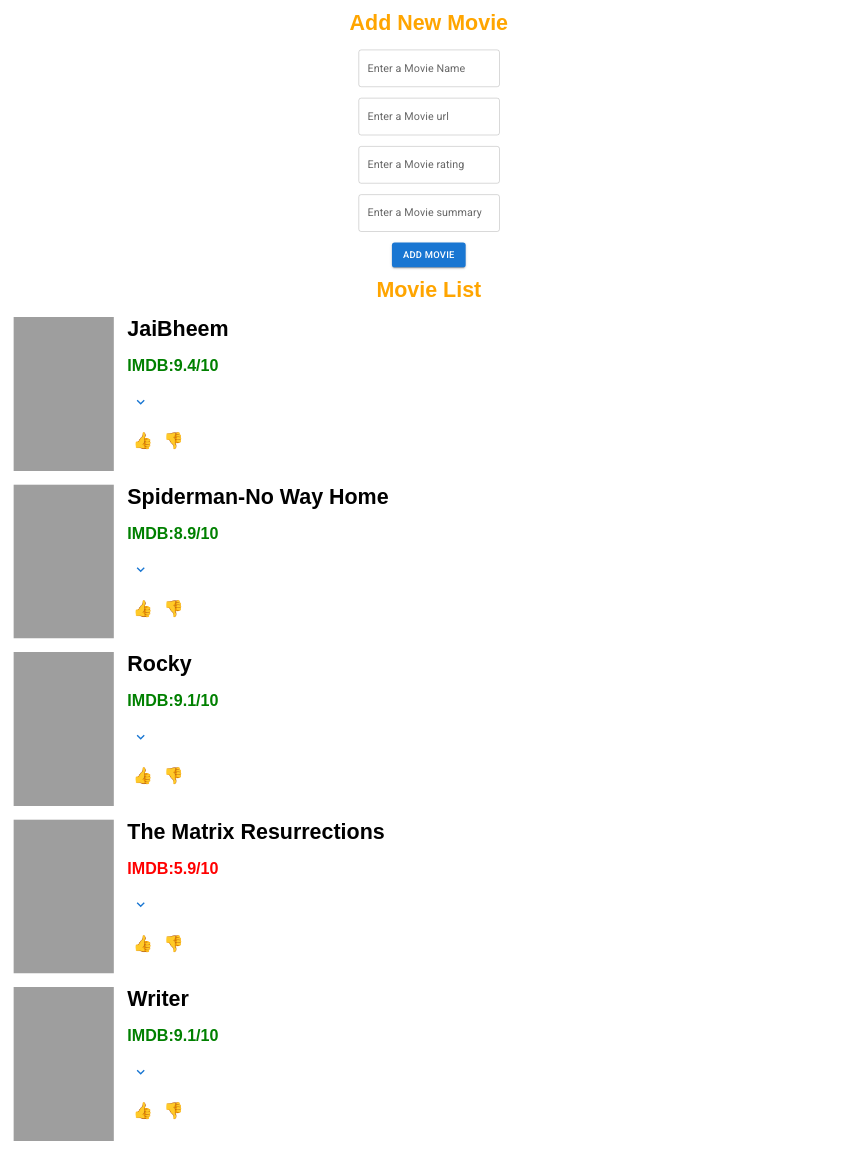
Repository: baladhinesh18/first-app
Page: /Counter
These files come from the project's save history. The page is drawn as it stood at one moment and after the next save; the edit follows.
The browser window is 1280 px wide. The pictures show the whole page, at 67% of full size.
Pictures or frames that could not be fetched are drawn as grey boxes. The project was rebuilt for these pictures with package versions that can differ from the ones it lists, and the page was loaded fresh each time. Also part of the build but not shown: src/AddColor.js.

Above is the page before, as saved 2022-01-31 18:53:47.

### public/index.html
<!DOCTYPE html>
<html lang="en">
  <head>
    <meta charset="utf-8" />
    <!-- <link rel="icon" href="%PUBLIC_URL%/favicon.ico" /> -->
    <meta name="viewport" content="width=device-width, initial-scale=1" />
    <meta name="theme-color" content="#000000" />
    <meta
      name="description"
      content="Web site created using create-react-app"
    />
    <!-- <link rel="apple-touch-icon" href="%PUBLIC_URL%/logo192.png" /> -->
    <!--
      manifest.json provides metadata used when your web app is installed on a
      user's mobile device or desktop. See https://developers.google.com/web/fundamentals/web-app-manifest/
    -->
    <!-- <link rel="manifest" href="%PUBLIC_URL%/manifest.json" /> -->
    <!--
      Notice the use of %PUBLIC_URL% in the tags above.
      It will be replaced with the URL of the `public` folder during the build.
      Only files inside the `public` folder can be referenced from the HTML.

      Unlike "/favicon.ico" or "favicon.ico", "%PUBLIC_URL%/favicon.ico" will
      work correctly both with client-side routing and a non-root public URL.
      Learn how to configure a non-root public URL by running `npm run build`.
    -->
    <link
  rel="stylesheet"
  href="https://fonts.googleapis.com/css?family=Roboto:300,400,500,700&display=swap"
/>
<link
  rel="stylesheet"
  href="https://fonts.googleapis.com/icon?family=Material+Icons"
/>
    <title>New Movies</title>
  </head>
  <body>
    <noscript>You need to enable JavaScript to run this app.</noscript>
    <div id="root"></div>
    <!--
      This HTML file is a template.
      If you open it directly in the browser, you will see an empty page.

      You can add webfonts, meta tags, or analytics to this file.
      The build step will place the bundled scripts into the <body> tag.

      To begin the development, run `npm start` or `yarn start`.
      To create a production bundle, use `npm run build` or `yarn build`.
    -->
  </body>
</html>

### src/index.js
import React from 'react';
import ReactDOM from 'react-dom';
import './index.css';
import App from './App';
import reportWebVitals from './reportWebVitals';
import {
  BrowserRouter as Router,
} from "react-router-dom";

ReactDOM.render(
  <React.StrictMode>
  <Router>
    <App />
    </Router>
  </React.StrictMode>,
  document.getElementById('root')
);

// If you want to start measuring performance in your app, pass a function
// to log results (for example: reportWebVitals(console.log))
// or send to an analytics endpoint. Learn more: https://bit.ly/CRA-vitals
reportWebVitals();

### src/App.js

import './App.css';
import {useState} from "react";
import IconButton from '@mui/material/IconButton';
import ExpandLessIcon from '@mui/icons-material/ExpandLess';
import ExpandMoreIcon from '@mui/icons-material/ExpandMore';
// import AddColor from './AddColor.js';
import { App } from './App.1';
import { Counter } from './Counter';
import {
  BrowserRouter as Router,Switch, Route
} from "react-router-dom";
import { AddColor } from './AddColor';

export function Starting({ nme, ur,rat,des }) {
const styles={color: rat>=8.5? "green":"red"};
const[isHide,setIsHide]=useState(false);

  return (

    <div>
    <div className="ro">
     <img src={ur} className="mg" alt={nme} />
      <div className="col">
      <h1> {nme}</h1>
      <h2 style={styles}>IMDB:{rat}/10</h2>
      { isHide?<h3>description:<a href={des}>{des}</a></h3>:null}
      {/* <h3>description:<a href={des}>{des}</a></h3> */}
      <div>
    <IconButton onClick={()=>setIsHide(!isHide)} color="primary"> {isHide ? <ExpandLessIcon/> : <ExpandMoreIcon/>}</IconButton>
    </div>
    <Switch>
    <Route path="/Home">
       welcome to movie app✨🎉🎉
       </Route>
       <Route path="/Counter">
       <Counter/>
       </Route>
       <Route path="/AddColor">
       <AddColor/>
       </Route>
       </Switch>
      </div>
    </div>
    </div>


  );
}


export default App;

### src/App.css
.App {
  font-family: sans-serif;
  text-align: center;
}
.mg {
  height: 230px;
  width: 150px;
  object-fit: center;
}
.ro{
display: flex;
flex-direction: row;
margin-left: 20px;
margin-bottom: 20px;
}
.col{
  display:flex;
  flex-direction: column;
  align-items: flex-start;
margin-left: 20px;
}
.lor{
color:orange;
margin-top: 1rem;
}
h1,h2,h3{
  margin-top: 0px;
  gap: 1rem;
}
button{
  margin-bottom: 1rem;
}
.vacls{
margin-top: 1rem;
margin-right: 1rem;
}
.btn{
  display: flex;
  flex-direction: column;
  justify-content: center;
  align-items: center;
 }
 .bncs{
   margin-top:5rem;
 }

### src/App.1.js
import { useState } from "react";
import Button from '@mui/material/Button';
import TextField from '@mui/material/TextField';
import { Starting } from './App';


// const[add,setAdd] =useState([]);
export function App() {
  let users = [
    {
      name: "JaiBheem",
      url: "https://encrypted-tbn3.gstatic.com/images?q=tbn:ANd9GcQm8U_-RJoMKrgvpIVLbDV8ovuHIp-p_Ls5I7WHaXJUUCbhjQVd",
      rating: "9.4",
      summary: "https://en.wikipedia.org/wiki/Jai_Bhim_(film)"
    },
    {
      name: "Spiderman-No Way Home",
      url: "https://www.thehindubusinessline.com/news/variety/4sw3ar/article37984362.ece/ALTERNATES/PORTRAIT_355/Spider-Man---No-Way-Home-Poster-Pic-Credit---Marvel",
      rating: "8.9",
      summary: "https://en.wikipedia.org/wiki/Spider-Man:_No_Way_Home"
    },
    {
      name: "Rocky",
      url: "https://static.toiimg.com/thumb/msid-88435003,width-219,height-317,imgsize-16192/88435003.jpg",
      rating: "9.1",
      summary: "https://timesofindia.indiatimes.com/entertainment/tamil/movie-reviews/rocky/movie-review/88455427.cms"
    },
    {
      name: " The Matrix Resurrections",
      url: "https://encrypted-tbn0.gstatic.com/images?q=tbn:ANd9GcQHjE4eApjpFWlpAdiC_aFG2FkfvimiGW0TK4mB-hc_T4Uitj9J",
      rating: "5.9",
      summary: "https://en.wikipedia.org/wiki/The_Matrix_Resurrections"
    },
    {
      name: "Writer",
      url: "https://static.moviecrow.com/gallery/20210414/185058-Ey6W3Z2VoAMu4P2%20(1).jpg",
      rating: "9.1",
      summary: "https://en.wikipedia.org/wiki/Writer_(film)"
    }
  ];
  const mart = { margin: '1rem 0 0 0' };
  const [name, setName] = useState("");
  const [url, setUrl] = useState("");
  const [rating, setRating] = useState("");
  const [summary, setSummary] = useState("");
  const [add, setAdd] = useState(users);
  // const[update,setUpdate] =useState([{users}]);
  console.log(add);
  const x = { name, url, rating, summary };
  return (
    <div className="App">
      <h1 className="lor">Add New Movie</h1>
      <div className="btn">
        <TextField id="outlined-basic" label="Enter a Movie Name" variant="outlined" value={name} onChange={(event) => setName(event.target.value)} />
        <TextField id="outlined-basic" label="Enter a Movie url" variant="outlined" style={mart} value={url} onChange={(event) => setUrl(event.target.value)} />
        <TextField id="outlined-basic" label="Enter a Movie rating" variant="outlined" style={mart} value={rating} onChange={(event) => setRating(event.target.value)} />
        <TextField id="outlined-basic" label="Enter a Movie summary" variant="outlined" style={mart} value={summary} onChange={(event) => setSummary(event.target.value)} />
        <Button variant="contained" style={mart} onClick={() => setAdd([...add, x])}>Add Movie</Button>
        {/* <Counter/> */}
      </div>
      <h1 className="lor">Movie List</h1>
      {add.map(({ name, url, rating, summary }) => (
        <Starting key={url} nme={name} ur={url} rat={rating} des={summary}>
        </Starting>
      ))}


    </div>
  );
}

### src/Counter.js
import { useState } from "react";
import IconButton from '@mui/material/IconButton';
import Badge from '@mui/material/Badge';


export function Counter() {
  const [like, setLike] = useState(0);
  const [dislike, setDislike] = useState(0);
  // const marr={margin:'0 1rem 0 0 ',}
  return (
    <div className="vacls">
      <IconButton onClick={() => setLike(like + 1)} color="primary"> <Badge badgeContent={like} color="primary">
        👍
      </Badge></IconButton>
      <IconButton onClick={() => setDislike(dislike + 1)} color="error"><Badge badgeContent={dislike} color="error">
        👎
      </Badge></IconButton>
      {/* <h1>{like}</h1> */}
    </div>
  );
}

Loaded but not shown: src/index.css (common file); src/reportWebVitals.js (common file)

After the next save:
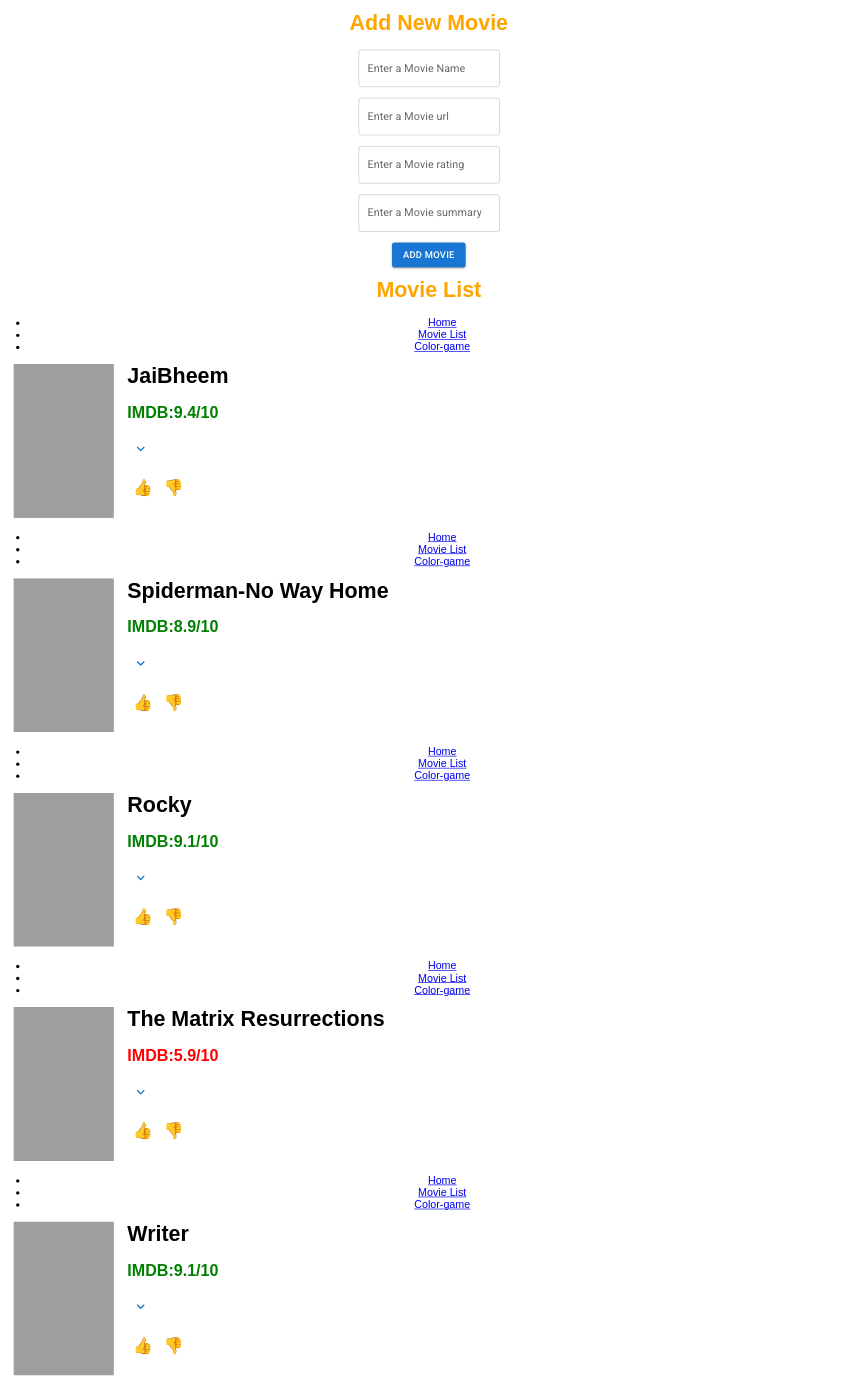
Saved 3 min 50 s later.
--- a/src/App.js
+++ b/src/App.js
@@ -19,6 +19,17 @@
   return (
 
     <div>
+     <ul>
+        <li>
+          <a href="/Home">Home</a>
+        </li>
+        <li>
+          <a href="/Counter">Movie List</a>
+        </li>
+        <li>
+          <a href="/AddColor">Color-game</a>
+        </li>
+        </ul>
     <div className="ro">
      <img src={ur} className="mg" alt={nme} />
       <div className="col">
@@ -36,7 +47,7 @@
        <Route path="/Counter">
        <Counter/>
        </Route>
-       <Route path="/AddColor">
+       <Route path="/Color-game">
        <AddColor/>
        </Route>
        </Switch>

After the 5 saves that followed:
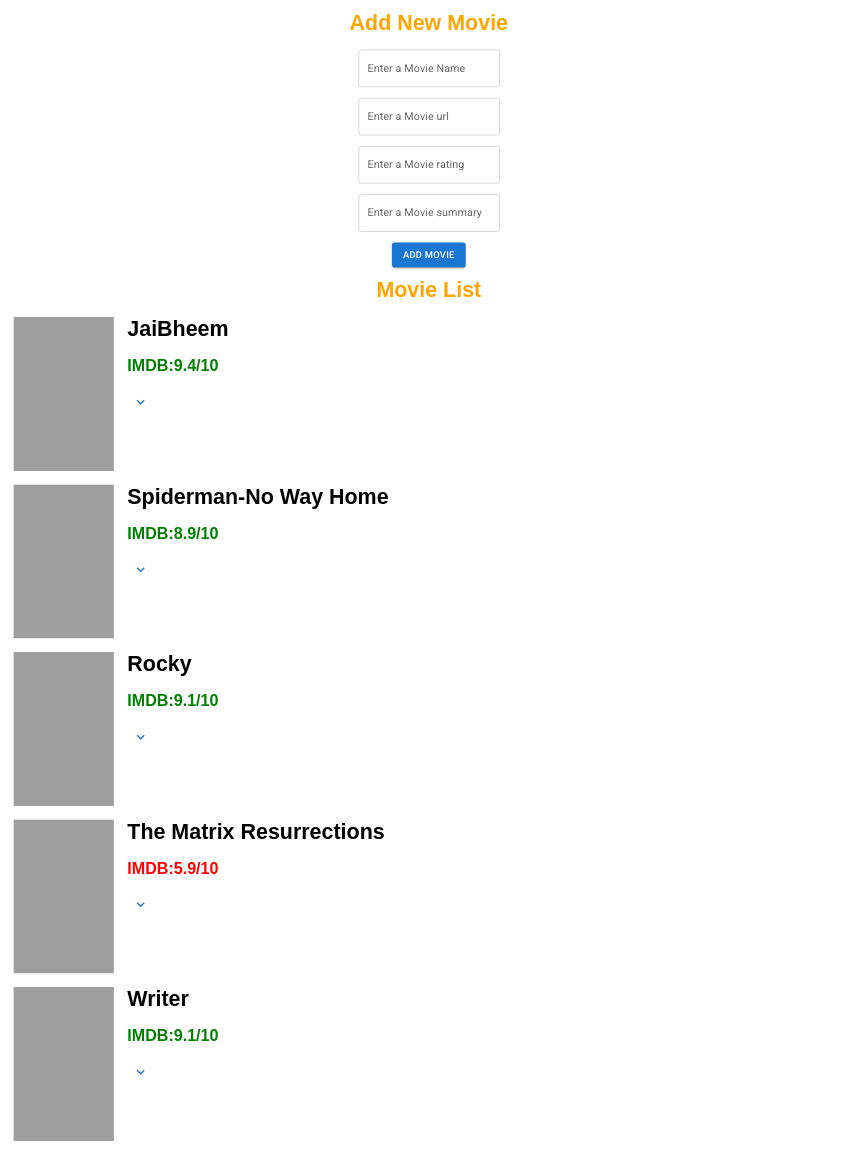
The 5 saves are shown as one change because 2 did not build or start and 2 left the picture as it was.
The last was saved 5 min 12 s later.
--- a/src/App.js
+++ b/src/App.js
@@ -8,7 +8,7 @@
 import { App } from './App.1';
 import { Counter } from './Counter';
 import {
-  BrowserRouter as Router,Switch, Route
+  Switch, Route
 } from "react-router-dom";
 import { AddColor } from './AddColor';
 
@@ -19,17 +19,7 @@
   return (
 
     <div>
-     <ul>
-        <li>
-          <a href="/Home">Home</a>
-        </li>
-        <li>
-          <a href="/Counter">Movie List</a>
-        </li>
-        <li>
-          <a href="/AddColor">Color-game</a>
-        </li>
-        </ul>
+
     <div className="ro">
      <img src={ur} className="mg" alt={nme} />
       <div className="col">
@@ -40,17 +30,7 @@
       <div>
     <IconButton onClick={()=>setIsHide(!isHide)} color="primary"> {isHide ? <ExpandLessIcon/> : <ExpandMoreIcon/>}</IconButton>
     </div>
-    <Switch>
-    <Route path="/Home">
-       welcome to movie app✨🎉🎉
-       </Route>
-       <Route path="/Counter">
-       <Counter/>
-       </Route>
-       <Route path="/Color-game">
-       <AddColor/>
-       </Route>
-       </Switch>
+
       </div>
     </div>
     </div>
--- a/src/Counter.js
+++ b/src/Counter.js
@@ -1,13 +1,27 @@
 import { useState } from "react";
 import IconButton from '@mui/material/IconButton';
 import Badge from '@mui/material/Badge';
-
+import {
+    Switch, Route
+  } from "react-router-dom";
 
 export function Counter() {
   const [like, setLike] = useState(0);
   const [dislike, setDislike] = useState(0);
   // const marr={margin:'0 1rem 0 0 ',}
   return (
+      <div>
+      <ul>
+        <li>
+          <a href="/Home">Home</a>
+        </li>
+        <li>
+          <a href="/Counter">Movie List</a>
+        </li>
+        <li>
+          <a href="/AddColor">Color-game</a>
+        </li>
+        </ul>
     <div className="vacls">
       <IconButton onClick={() => setLike(like + 1)} color="primary"> <Badge badgeContent={like} color="primary">
         👍
@@ -17,5 +31,17 @@
       </Badge></IconButton>
       {/* <h1>{like}</h1> */}
     </div>
+    <Switch>
+    <Route path="/Home">
+       welcome to movie app✨🎉🎉
+       </Route>
+       <Route path="/Counter">
+       <Counter/>
+       </Route>
+       <Route path="/Color-game">
+       <AddColor/>
+       </Route>
+       </Switch>
+    </div>
   );
 }
